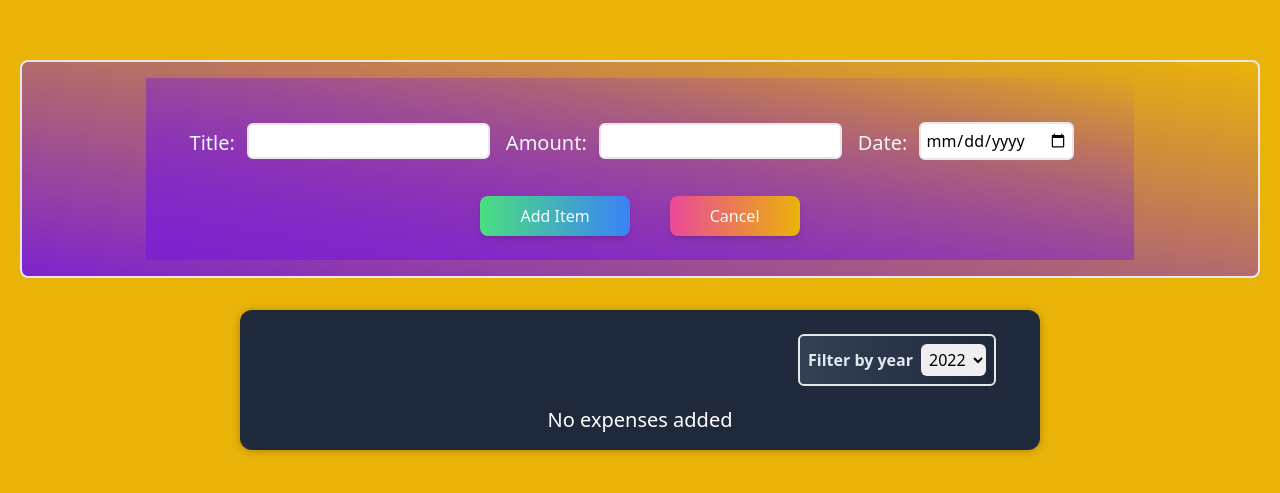
Repository: Sef24/expense-tracker
Page: /, after clicking the first element matching `button.flex`
An editor plug-in stored every save of this project. The page is shown before and after the next save, followed by the edit.
The browser window is 1280 px wide. The pictures show the whole page.
The project was rebuilt for these pictures with package versions that can differ from the ones it lists, and the page was loaded fresh each time. Also part of the build but not shown: src/components/ExpenseItem.css, src/components/ExpenseDate.css, src/components/ExpenseDate.js, src/components/ExpenseItem.js, src/components/NewExpense/NewExpense.css, src/components/NewExpense/ExpenseForm.css.

Above is the page before, as saved 2022-05-03 20:30:47.

After the next save:
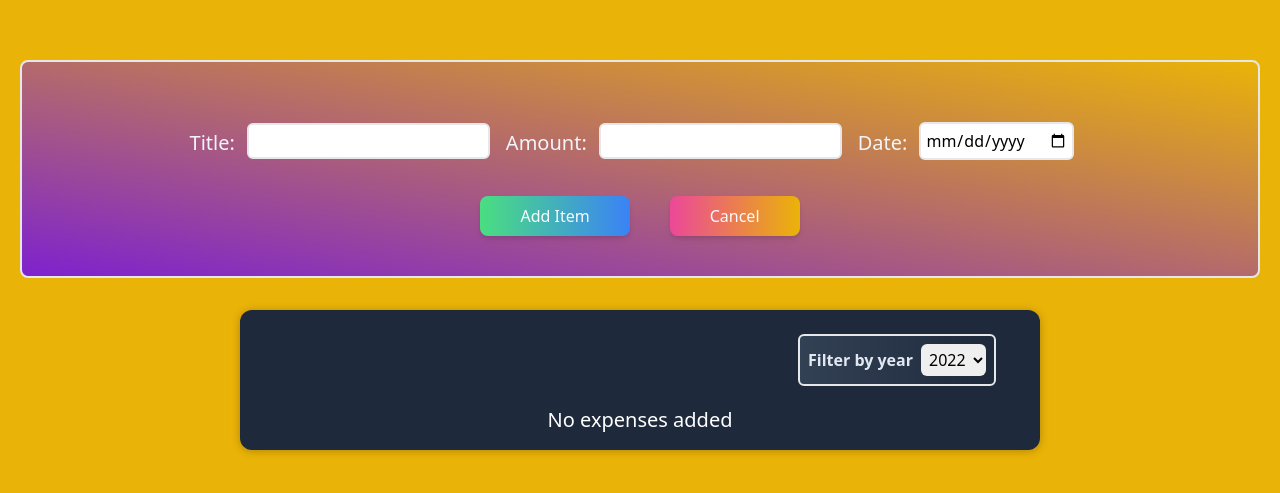
Saved 44 s later.
--- a/src/components/NewExpense/ExpenseForm.js
+++ b/src/components/NewExpense/ExpenseForm.js
@@ -33,10 +33,7 @@ function ExpenseForm(props) {
   };
 
   return (
-    <form
-      className="bg-gradient-to-tr from-purple-700 ... p-6 mx-8 "
-      onSubmit={handleSubmit}
-    >
+    <form className="bg-transparent ... p-6 mx-8 " onSubmit={handleSubmit}>
       <div className="flex flex-col sm:flex-row m-5 justify-between items-center h-auto">
         <div className="font-normal text-slate-100 text-xl mr-1 mt-1">
           Title:
